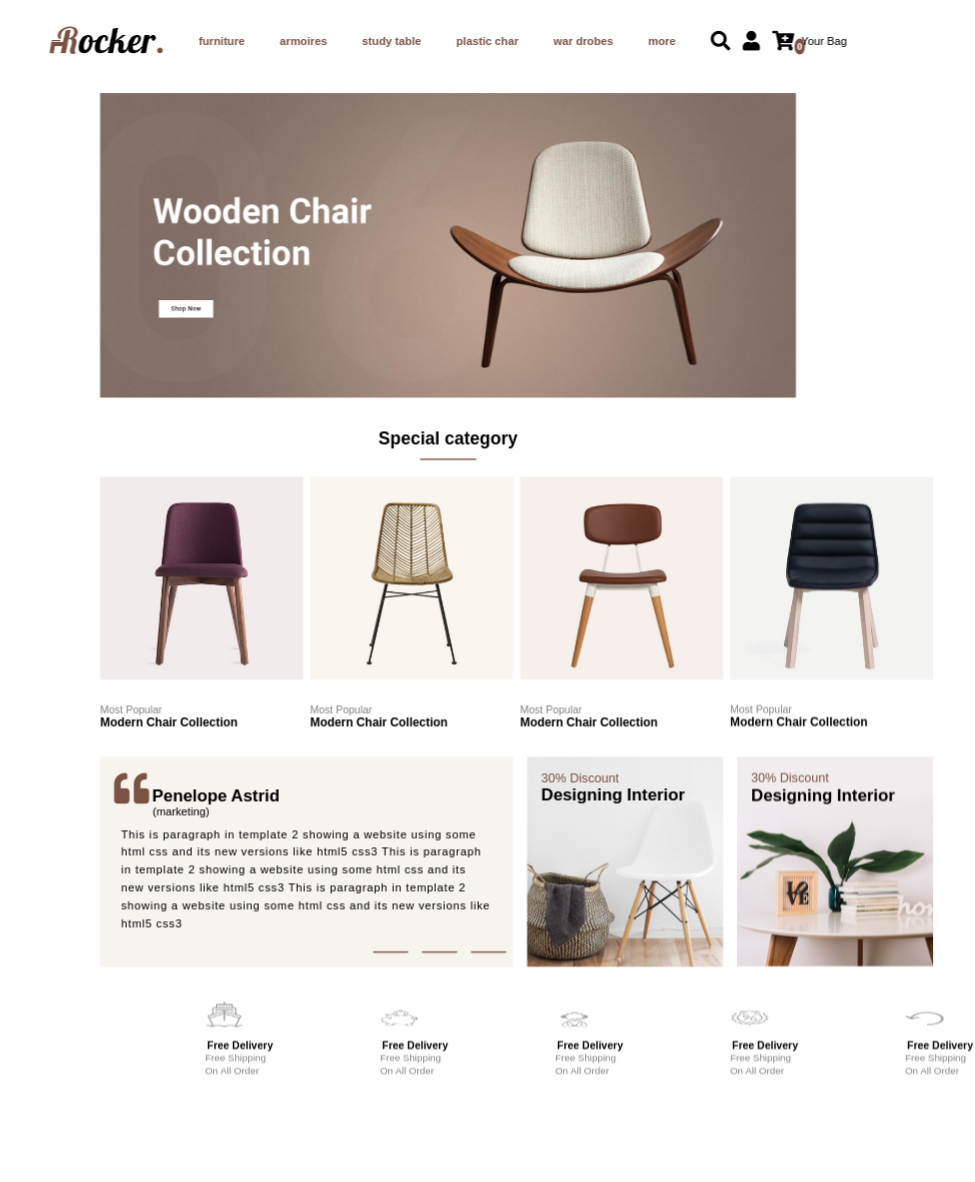
Repository: Ahmed123rezk123/p2-template
Page: index.html
An editor plug-in stored every save of this project. The page is shown before and after a run of saves, followed by the edit.
The browser window is 1280 px wide. The page is 1393 px wide, so the pictures cover 1393 px, including what lies to the right of the window. The pictures show the whole page, at 70% of full size.

Above is the page before, as saved 2024-01-24 22:42:34.

### index.html
<!DOCTYPE html>
<html lang="en">
<head>
   <meta charset="UTF-8">
    <title>Project2</title>
  <link rel="stylesheet" href="css/style.css">
  <link rel="stylesheet" href="css/all.css">
</head>
<body>
    <!-- Header -->
    <header>
        <div class="container">
        <div class="logo">
            <a href="#"><img src="images/logo.png" alt="LOGO"></a>
        </div>
        <nav>
            <ul>
                <li><a href="#" class="active">furniture</a></li>
                <li><a href="#">armoires</a></li>
                <li><a href="#">study table</a></li>
                <li><a href="#">plastic char</a></li>
                <li><a href="#">war drobes</a></li>
                <li><a href="#">more</a></li>
            </ul>
            <div class="icons">
            <i class="fas fa-search"></i>
            <i class="fas fa-user"></i>
            <i class="fas fa-cart-plus i3"></i>
            </div>
        <span>Your Bag</span>
        </nav>
        </div>
    </header>
    <!-- Start Section 1 -->
    <section class="section1">
        <div class="container">
            <img src="images/main-banner-1-1600x700.jpg" alt="">
        </div>
    </section>
    <!-- End Section 1 -->
    <!-- Start Section 2 -->
    <section class="section2">
        <div class="container">
            <div class="div">
            <h2 class="specail">Special category</h2>
            <div class="line"></div>
            </div>
           <div class="parent1">
            <div class="div1">
                <img src="images/category-banner1.jpg" alt="">
                <p>Most Popular</p>
            <h3>Modern Chair Collection</h3>
            </div>
            <div class="div2">
                <img src="images/category-banner2.jpg" alt="">
                <p>Most Popular</p>
                <h3>Modern Chair Collection</h3></div>
            <div class="div3">
                <img src="images/category-banner3.jpg" alt="">
                <p>Most Popular</p>
                <h3>Modern Chair Collection</h3>
            </div>
            <div class="div4">
                <img src="images/category-banner4.jpg" alt="">
                <p>Most Popular</p>
                <h3>Modern Chair Collection</h3>
            </div>
            <div class="div5">
                <i class="fas fa-quote-left comma"></i>
                <h2>Penelope Astrid</h2>
                <span>(marketing)</span>
                <p>This is paragraph in template 2 showing a website using some html css and its new versions like html5 css3 This is paragraph in template 2 showing a website using some html css and its new versions like html5 css3 This is paragraph in template 2 showing a website using some html css and its new versions like html5 css3</p>
                <div class="child"></div>
            </div>
            <div class="div6"></div>
            <div class="div7">
                <p>30% Discount</p>
                <h2>Designing Interior</h2>
            </div>
            <div class="div8">
                <p>30% Discount</p>
                <h2>Designing Interior</h2>
            </div>
            <div class="parent2">
                <div class="div1-1">
                    <img src="images/icon1-1.png" alt="">
                    <div class="content-div1">
                    <h3>Free Delivery</h3>
                    <span>Free Shipping On All Order</span>
                </div>
                </div>
                <div class="div2-1">
                    <img src="images/icon2-1.png" alt="">
                    <div class="content-div2">
                        <h3>Free Delivery</h3>
                        <span>Free Shipping On All Order</span>
                    </div>
                </div>
                <div class="div3-1">
                    <img src="images/icon3-1.png" alt="">
                    <div class="content-div3">
                        <h3>Free Delivery</h3>
                        <span>Free Shipping On All Order</span>
                    </div>
                </div>
                <div class="div4-1">
                    <img src="images/icon4-1.png" alt="">
                    <div class="content-div4">
                        <h3>Free Delivery</h3>
                        <span>Free Shipping On All Order</span>
                    </div>
                </div>
                <div class="div5-1">
                    <img src="images/icon5-1.png" alt="">
                    <div class="content-div5">
                        <h3>Free Delivery</h3>
                        <span>Free Shipping On All Order</span>
                    </div>
                </div>
            </div>
           </div>
        </div>
    </section>
    <!-- End Section 2 -->
</body>
</html>

### css/style.css
/* Start variables */
:root {
    --maincolor: #7b5244;
    --subcolor: #333;
}
/* End variables */
/* Start Global Rules   */
* {
    -webkit-box-sizing: border-box;
    -moz-box-sizing: border-box;
    box-sizing: border-box;
   padding: 0;
   margin: 0;
}
body {
    font-family: Arial, Helvetica, sans-serif;
    perspective: 700px;
    transform-style: preserve-3d;
}
html {
    scroll-behavior: smooth;
}
ul {
    list-style: none;
}
.container {
    width: 80%;
    padding-left: 15px;
    padding-right: 15px;
    margin-left: auto;
    margin-right: auto;
}

/* Small */

@media(min-width: 768px) {
    .container {
       width: 750px;
    }
}

/* Medium */

@media(min-width: 992px) {
    .container {
        width: 970px;
    }
}

/* Large  */

@media(min-width: 1200px) {
    .container {
        width: 1170px;
    }
}
/* End Global Rules   */
/* Start Header */
header .container {
    display: flex;
    justify-content: space-between;
    align-items: center;
    position: relative;
    min-height: 97px;
 }
 header nav {
    flex: 1;
    display: flex;
    align-items: center;
    justify-content: flex-end;
}
 header nav ul {
    display: flex;

}
header nav ul li a {

    display: block;
    color: var(--maincolor);
    text-decoration: none;
    font-size: 16px;
    font-weight: bold;
    padding: 50px 0px;
    margin-right: 50px;
}

/* header nav ul li a:hover::before{
content: "";
position: absolute;
border-left: 2px solid var(--maincolor);
border-right: 2px solid var(--maincolor);
width: 60px;
height: 35px;

}  */
header nav .icons {
    font-weight: bold;
    font-size: 28px;
   word-spacing: 10px;
   margin-right: 10px;
}
header nav .icons .i3::after {
    position: absolute;
    content: "0";
    background-color: #7b5244;
    color: #fff;
    padding: 4px;
    border-radius: 50%;
    font-size: 15px;
    bottom: 40px;
    right: 75px;

}
/* End Header */


/* Start section 1 */
.section1 .container {
    width: 80%;
    position: relative;
    margin-top: 15px;
    margin-bottom: 40px;
    margin-left: auto;
    margin-right: auto;

}
.section1 .container img{
 width: 100%;
}
/* End section 1 */


/* Start Section 2 */
.section2 .container {
    width: 80%;
    position: relative;
}
.section2 .container .div {
    margin: 40px auto;
}
.section2 .container .specail {
    text-align: center;
    font-size: 25px;
}
.section2 .container .line {
 position: relative;
}
.section2 .container .line::before {
    content: "";
    position: absolute;
    width: 8%;
    height: 2px;
    background-color: var(--maincolor);
    top: 50%;
    left: 50%;
    transform: translate(-50%,-50%);
    margin: 15px 0;
    transition: .5s;
}
.section2 .container .div:hover  .line::before {
    content: "";
    position: absolute;
    width: 13%;
    height: 2px;
    background-color: var(--maincolor);
    top: 50%;
    left: 50%;
    transform: translate(-50%,-50%);
    margin: 15px 0;
}
.section2 .container .parent1 {
    width: 80%;
    display: grid;
    grid-template-columns: 200px 200px 200px 200px;
    grid-template-rows: 250px 250px;
   grid-gap: 150px 100px;
}
.section2 .container .parent1 img {
    width: 290px ;
    height: 290px;
    margin-bottom: 30px;
}
.section2 .container .parent1 p {
    color: gray;
    font-size: 15px;
}
.section2 .container .parent1 h3 {
    font-size: 17px;
}
.section2 .container .parent1 .div1,
.section2 .container .parent1 .div2,
.section2 .container .parent1 .div3,
.section2 .container .parent1 .div4 {
    position: relative;
}
.section2 .container .parent1 .div1:hover::before {
position: absolute;
content: " > ";
width: 30px;
height: 30px;
background-color: brown;
color: white;
text-align: center;
font-size: 25px;
top: 330px;
left: 260px;
}
.section2 .container .parent1 .div2:hover::before {
    position: absolute;
    content: " > ";
    width: 30px;
    height: 30px;
    background-color: brown;
    color: white;
    text-align: center;
    font-size: 25px;
    top: 330px;
    left: 260px;
}
.section2 .container .parent1 .div3:hover::before {
    position: absolute;
    content: " > ";
    width: 30px;
    height: 30px;
    background-color: brown;
    color: white;
    text-align: center;
    font-size: 25px;
    top: 330px;
    left: 260px;
    }
.section2 .container .parent1 .div4:hover::before {
    position: absolute;
    content: " > ";
    width: 30px;
    height: 30px;
    background-color: brown;
    color: white;
    text-align: center;
    font-size: 25px;
    top: 330px;
    left: 260px;
    }
    .section2 .container .parent1 .div5 {
        width: 590px;
        height: 300px;
        position: relative;
        background-color: #f7f3ef;
        padding: 20px;
        grid-column: 1 / 3;
        grid-row: 2 / 3;
    }
    .section2 .container .parent1 .div5 .comma {
       font-size: 50px;
       color: var(--maincolor);
    }
    .section2 .container .parent1 .div5 h2 {
        display: inline-flex;
    }
    .section2 .container .parent1 .div5 span {
        display: block;
        margin-left: 55px;
    }
    .section2 .container .parent1 .div5 p {
        margin: 10px;
        color: black;
        font-size: 16px;
        line-height: 1.6;
        letter-spacing: 1.1px;
    }
    .section2 .container .parent1 .div5::before {
        content: "";
        position: absolute;
        width: 50px;
        height: 2px;
        background-color: var(--maincolor);
        bottom: 20px;
        right: 10px;

    }
    .section2 .container .parent1 .div5::after {
        content: "";
        position: absolute;
        width: 50px;
        height: 2px;
        background-color: var(--maincolor);
        bottom: 20px;
        right: 80px;

    }
    .section2 .container .parent1 .div5 .child::before {
        content: "";
        position: absolute;
        width: 50px;
        height: 2px;
        background-color: var(--maincolor);
        bottom: 20px;
        right: 150px;

    }
    .section2 .container .parent1 .div7 {
        width: 280px;
        height: 300px;
        position: relative;
        background-image: url(../images/cms-banner-1.jpg);
        background-size: cover;
        margin-left: 10px;
        grid-column: 3 / 4;
        grid-row: 2 / 4;
        transition: .5s;
    }

    .section2 .container .parent1 .div8 {
        width: 280px;
        height: 300px;
        position: relative;
        background-image: url(../images/cms-banner-2.jpg);
        background-size: cover;
        margin-left: 10px;
        grid-column: 4 / 5;
        grid-row: 2 / 5;
        transition: .5s;
    }
    .section2 .container .parent1 .div7 p,
    .section2 .container .parent1 .div8 p {
        padding-left: 20px;
        padding-top: 20px;
        font-size: 18px;
        color: var(--maincolor);
    }
    .section2 .container .parent1 .div7 h2,
    .section2 .container .parent1 .div8 h2 {
        padding-left: 20px;
    }
    .section2 .container .parent1 .div7:hover,
    .section2 .container .parent1 .div8:hover
    {
        /* width: 280px;
        height: 300px; */
        transform: scale( 1.1 , 1.1 );
    }
    .section2 .container .parent1 .parent2 {
        position: relative;
        display: flex;
        justify-content: space-between;
        margin-top: -50px;
        margin-left: -150px;
    }

    .section2 .container .parent1 .parent2 .div1-1,
    .section2 .container .parent1 .parent2 .div2-1,
    .section2 .container .parent1 .parent2 .div3-1,
    .section2 .container .parent1 .parent2 .div4-1,
    .section2 .container .parent1 .parent2 .div5-1 {
        margin-right: 150px;
     }
    .section2 .container .parent1 .parent2 .div1-1 .content-div1 ,
    .section2 .container .parent1 .parent2 .div2-1 .content-div2 ,
    .section2 .container .parent1 .parent2 .div3-1 .content-div3 ,
    .section2 .container .parent1 .parent2 .div4-1 .content-div4 ,
    .section2 .container .parent1 .parent2 .div5-1 .content-div5   {
        width: 100px;

         margin-top: -30px;


    }

    .section2 .container .parent1 .parent2 .div1-1 h3,
    .section2 .container .parent1 .parent2 .div2-1 h3,
    .section2 .container .parent1 .parent2 .div3-1 h3,
    .section2 .container .parent1 .parent2 .div4-1 h3,
    .section2 .container .parent1 .parent2 .div5-1 h3 {
        font-size: 15px;
        text-align: center;
    }
    .section2 .container .parent1 .parent2 .div1-1 span ,
    .section2 .container .parent1 .parent2 .div2-1 span ,
    .section2 .container .parent1 .parent2 .div3-1 span  ,
    .section2 .container .parent1 .parent2 .div4-1 span ,
    .section2 .container .parent1 .parent2 .div5-1 span  {

        color: gray;
        font-size: 14px;
    }
    .section2 .container .parent1 .parent2 img {
        margin: ;
        text-align: center;
        width: 55px;
        height: 50px;
    }

/* End Section 2 */

Loaded but not shown: css/all.css (library)

After the next 2 saves:
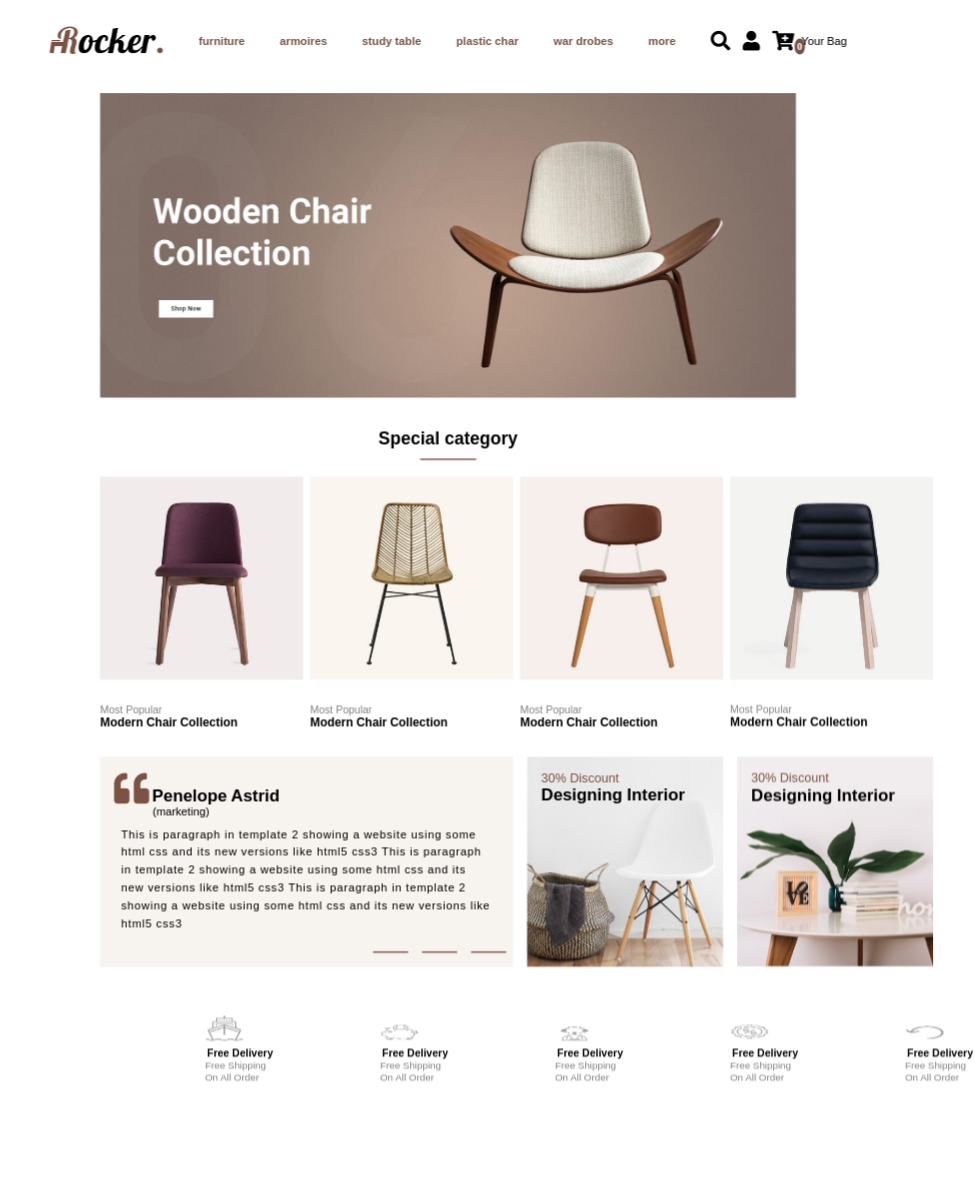
The 2 saves are shown as one change because they came seconds apart.
The last was saved 5 s later.
--- a/css/style.css
+++ b/css/style.css
@@ -384,7 +384,7 @@
         font-size: 14px;
     }
     .section2 .container .parent1 .parent2 img {
-        margin: ;
+        margin: 20px auto;
         text-align: center;
         width: 55px;
         height: 50px;

After the 2 saves that followed:
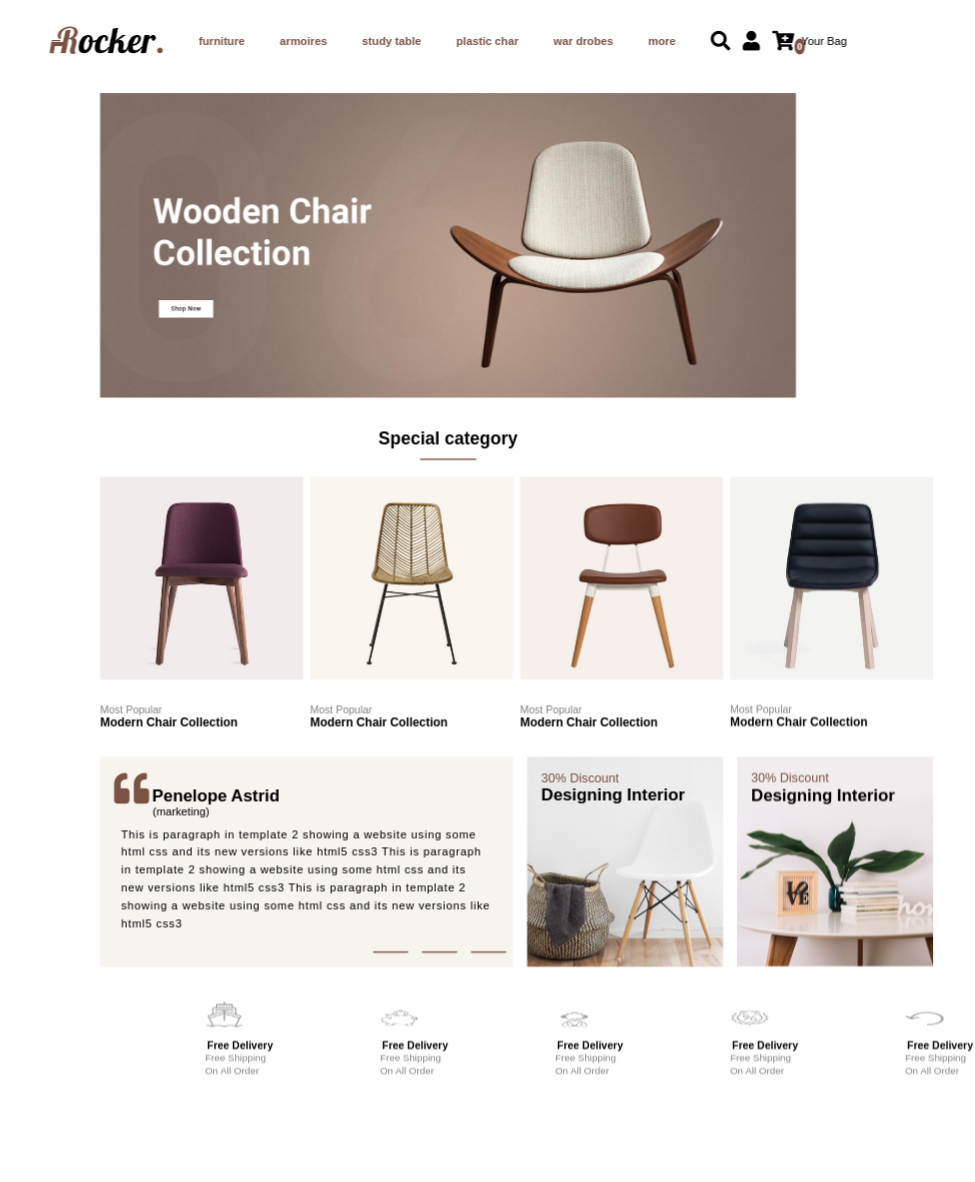
The 2 saves are shown as one change because they came seconds apart.
The last was saved 16 s later.
--- a/css/style.css
+++ b/css/style.css
@@ -384,8 +384,8 @@
         font-size: 14px;
     }
     .section2 .container .parent1 .parent2 img {
-        margin: 20px auto;
-        text-align: center;
+
+
         width: 55px;
         height: 50px;
     }
